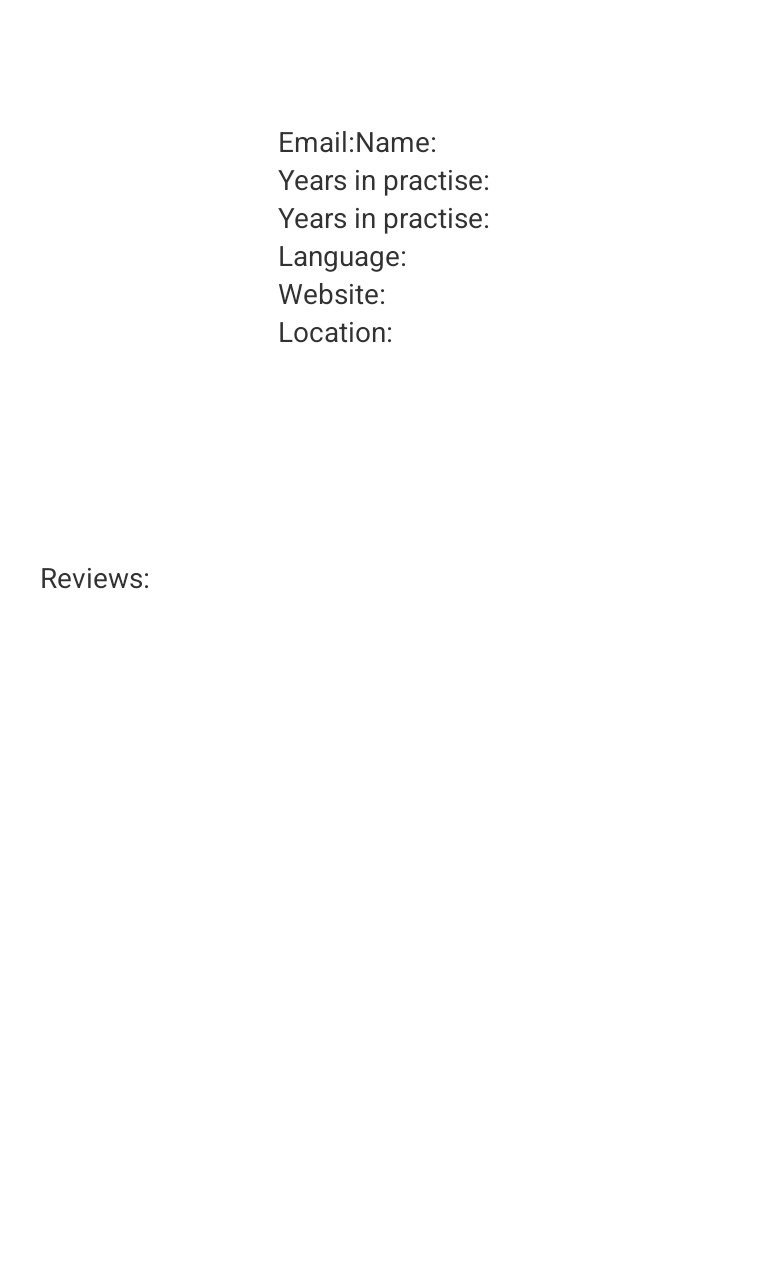
Repository: ladsumit/hackathon
Layout: VisaValetRelaunch/res/layout/lawyer_profile.xml
An editor plug-in stored every save of this project. The layout is shown before and after the next save, followed by the edit.
It is drawn on a 768 x 1280 px phone screen (xhdpi) without system bars, with theme AppTheme; the app's code is not run. Lists and similar views that code fills are empty.

Above is the layout before, as saved 2015-05-31 21:37:20.

After the next save:
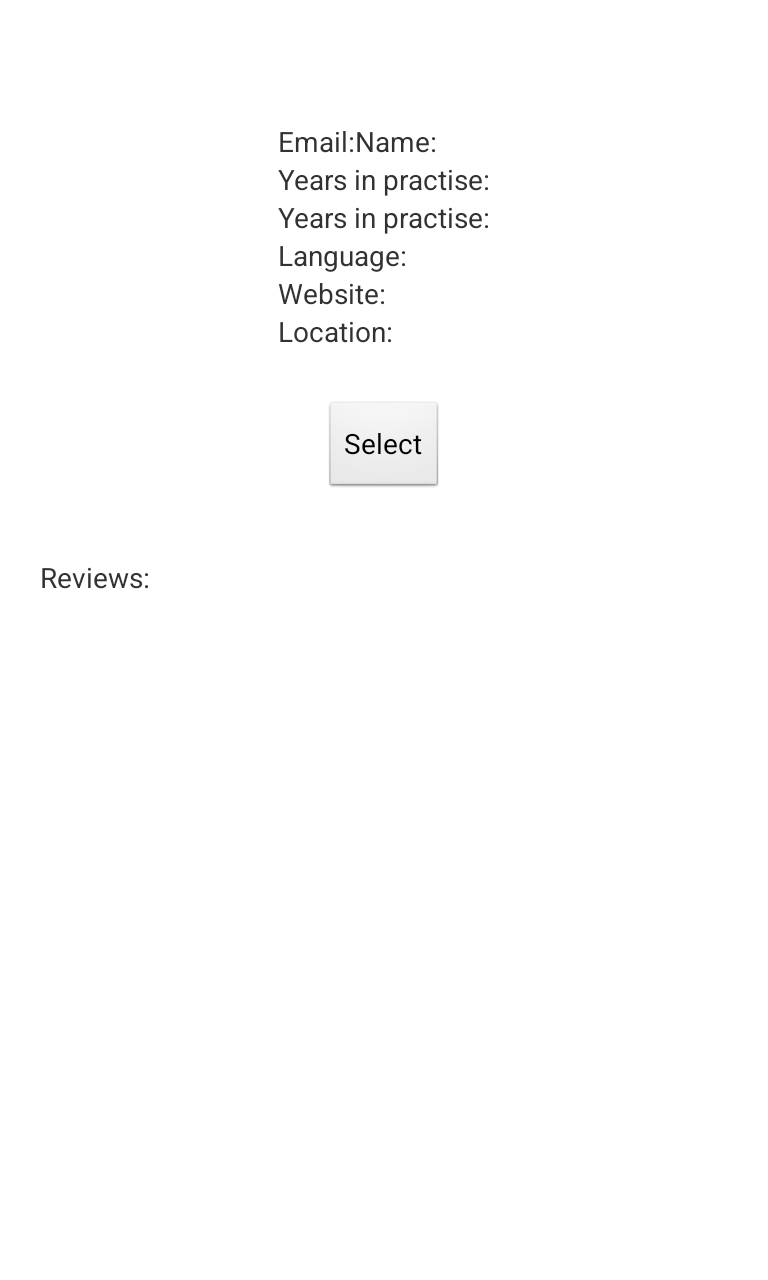
Saved 2 min 25 s later.
--- a/VisaValetRelaunch/res/layout/lawyer_profile.xml
+++ b/VisaValetRelaunch/res/layout/lawyer_profile.xml
@@ -126,4 +126,13 @@
         android:layout_marginTop="104dp"
         android:text="Reviews:" />
 
+    <Button
+        android:id="@+id/button1"
+        android:layout_width="wrap_content"
+        android:layout_height="wrap_content"
+        android:layout_below="@+id/linearLayout1"
+        android:layout_centerHorizontal="true"
+        android:layout_marginTop="25dp"
+        android:text="Select" />
+
 </RelativeLayout>
